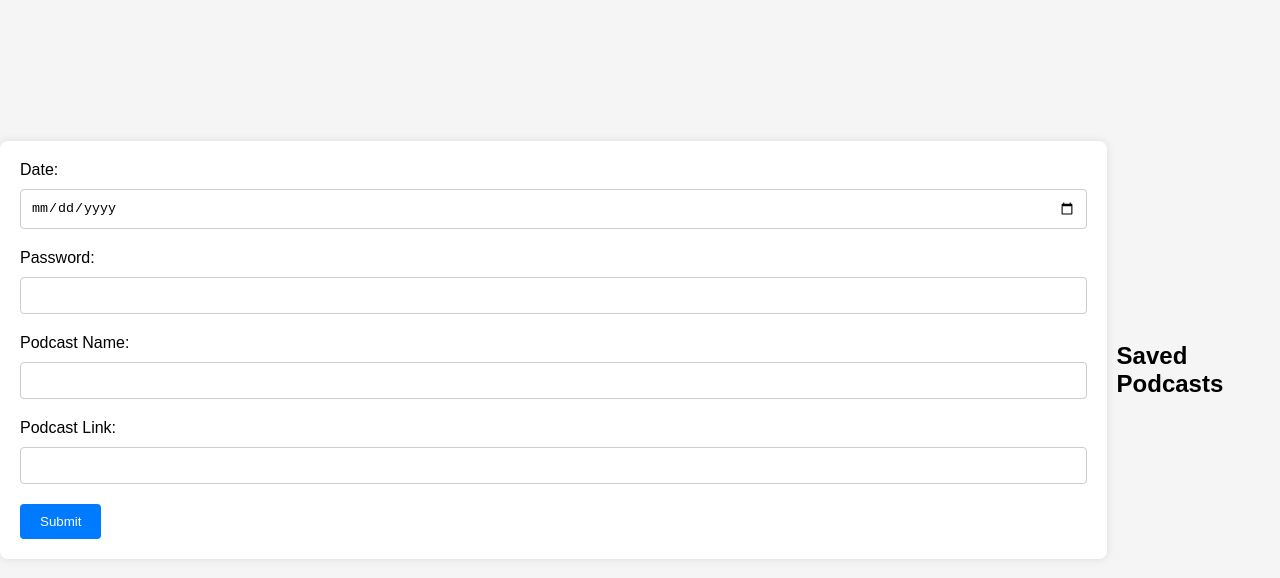
Repository: fechinmitchell/thedailyonepercent
Page: form.html
The author's editor kept a copy of each file at every save. The page is drawn from the files as they stood at one save, then again after the next save.
The browser window is 1280 px wide. The pictures show the whole page.

Above is the page before, as saved 2023-06-22 19:57:19.

### form.html
<!DOCTYPE html>
<html>
<head>
  <link rel="stylesheet" type="text/css" href="popup.css">
</head>
<body>
  <form id="podcast-form">
    <label for="date">Date:</label>
    <input type="date" id="date" name="date" required>

    <label for="password">Password:</label>
    <input type="password" id="password" name="password" required>

    <label for="podcastName">Podcast Name:</label>
    <input type="text" id="podcastName" name="podcastName" required>

    <label for="podcastLink">Podcast Link:</label>
    <input type="text" id="podcastLink" name="podcastLink" required>

    <button type="button" id="submit">Submit</button>
  </form>
  <div id="podcast-list">
    <h2>Saved Podcasts</h2>
    <ul id="podcast-list-items">
      <!-- Podcast items will be appended here -->
    </ul>
  </div>
  <script src="form.js"></script>
</body>
</html>

### popup.css
body {
  background-color: #f5f5f5;
  font-family: Arial, sans-serif;
  display: flex;
  justify-content: center;
  align-items: center;
  height: 100vh;
  margin: 0;
}

#podcast-form-wrapper {
  width: 100%;
  max-width: 600px;
  margin: 0 auto;
}

#podcast-form {
  background-color: white;
  padding: 20px;
  border-radius: 8px;
  box-shadow: 0px 0px 10px rgba(0,0,0,0.1);
  width: 100%;
  margin: 0 auto;
  margin-bottom: 20px;
}

#podcast-form label {
  display: block;
  margin-bottom: 10px;
}

#podcast-form input {
  width: 100%;
  padding: 10px;
  margin-bottom: 20px;
  border-radius: 4px;
  border: 1px solid #ccc;
  box-sizing: border-box; /* Ensures padding is included in width */
}

#podcast-form button {
  background-color: #007BFF;
  color: white;
  border: none;
  border-radius: 4px;
  padding: 10px 20px;
  cursor: pointer;
}

#podcast-form button:hover {
  background-color: #0056b3;
}

#logo {
  width: 50px; /* Adjust this to change the size of the logo */
}

#podcast-list {
  margin-top: 20px;
  padding: 10px;
}

#podcast-list-items li {
  margin-bottom: 10px;
}

.delete-btn {
  margin-left: 10px;
  color: red;
  cursor: pointer;
}

### form.js
function loadPodcasts() {
    var podcastList = document.getElementById('podcast-list-items');
    podcastList.innerHTML = '';  // clear the list

    // load all saved podcasts from local storage
    for (var i = 0; i < localStorage.length; i++) {
        var key = localStorage.key(i);
        var podcast = JSON.parse(localStorage.getItem(key));

        var li = document.createElement('li');
        li.innerText = key + ': ' + podcast.name + ' (' + podcast.link + ')';

        var deleteBtn = document.createElement('span');
        deleteBtn.className = 'delete-btn';
        deleteBtn.innerHTML = '&#10006;'; // X symbol
        deleteBtn.addEventListener('click', deletePodcast.bind(null, key));

        li.appendChild(deleteBtn);
        podcastList.appendChild(li);
    }
}

function deletePodcast(key) {
    localStorage.removeItem(key);
    loadPodcasts(); // Reload the podcast list to reflect the deletion
}

document.getElementById('submit').addEventListener('click', function() {
    var password = document.getElementById('password').value;

    if (password === 'your_password_here') {
        var date = new Date(document.getElementById('date').value);
        var dateString = date.toISOString().slice(0,10); // "YYYY-MM-DD"
        var newPodcastName = document.getElementById('podcastName').value;
        var newPodcastLink = document.getElementById('podcastLink').value;

        // Use the date as the key instead of the current day of the month
        localStorage.setItem(dateString, JSON.stringify({ name: newPodcastName, link: newPodcastLink }));
        alert("Podcast info saved for " + dateString + "!");

        // Reload the podcast list to include the new podcast
        loadPodcasts();
    } else {
        alert("Invalid password!");
    }
});

// Load the saved podcasts when the page is opened
loadPodcasts();

After the next save:
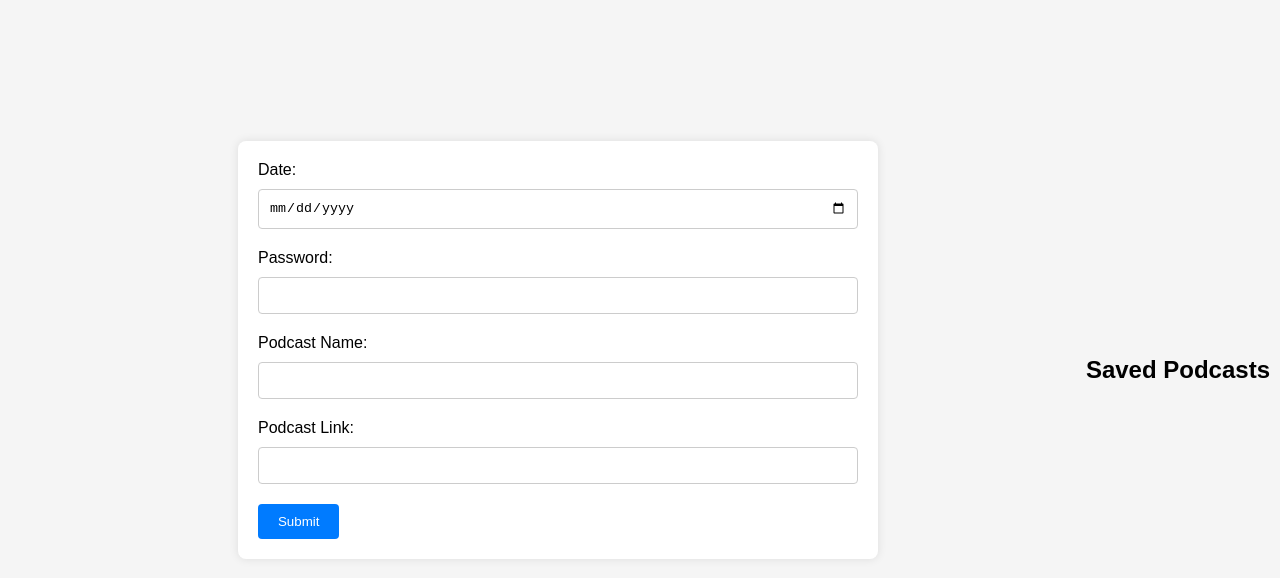
Saved 79 s later.
--- a/form.html
+++ b/form.html
@@ -4,21 +4,23 @@
   <link rel="stylesheet" type="text/css" href="popup.css">
 </head>
 <body>
-  <form id="podcast-form">
-    <label for="date">Date:</label>
-    <input type="date" id="date" name="date" required>
+  <div id="podcast-form-wrapper">
+    <form id="podcast-form">
+      <label for="date">Date:</label>
+      <input type="date" id="date" name="date" required>
 
-    <label for="password">Password:</label>
-    <input type="password" id="password" name="password" required>
+      <label for="password">Password:</label>
+      <input type="password" id="password" name="password" required>
 
-    <label for="podcastName">Podcast Name:</label>
-    <input type="text" id="podcastName" name="podcastName" required>
+      <label for="podcastName">Podcast Name:</label>
+      <input type="text" id="podcastName" name="podcastName" required>
 
-    <label for="podcastLink">Podcast Link:</label>
-    <input type="text" id="podcastLink" name="podcastLink" required>
+      <label for="podcastLink">Podcast Link:</label>
+      <input type="text" id="podcastLink" name="podcastLink" required>
 
-    <button type="button" id="submit">Submit</button>
-  </form>
+      <button type="button" id="submit">Submit</button>
+    </form>
+  </div>
   <div id="podcast-list">
     <h2>Saved Podcasts</h2>
     <ul id="podcast-list-items">
